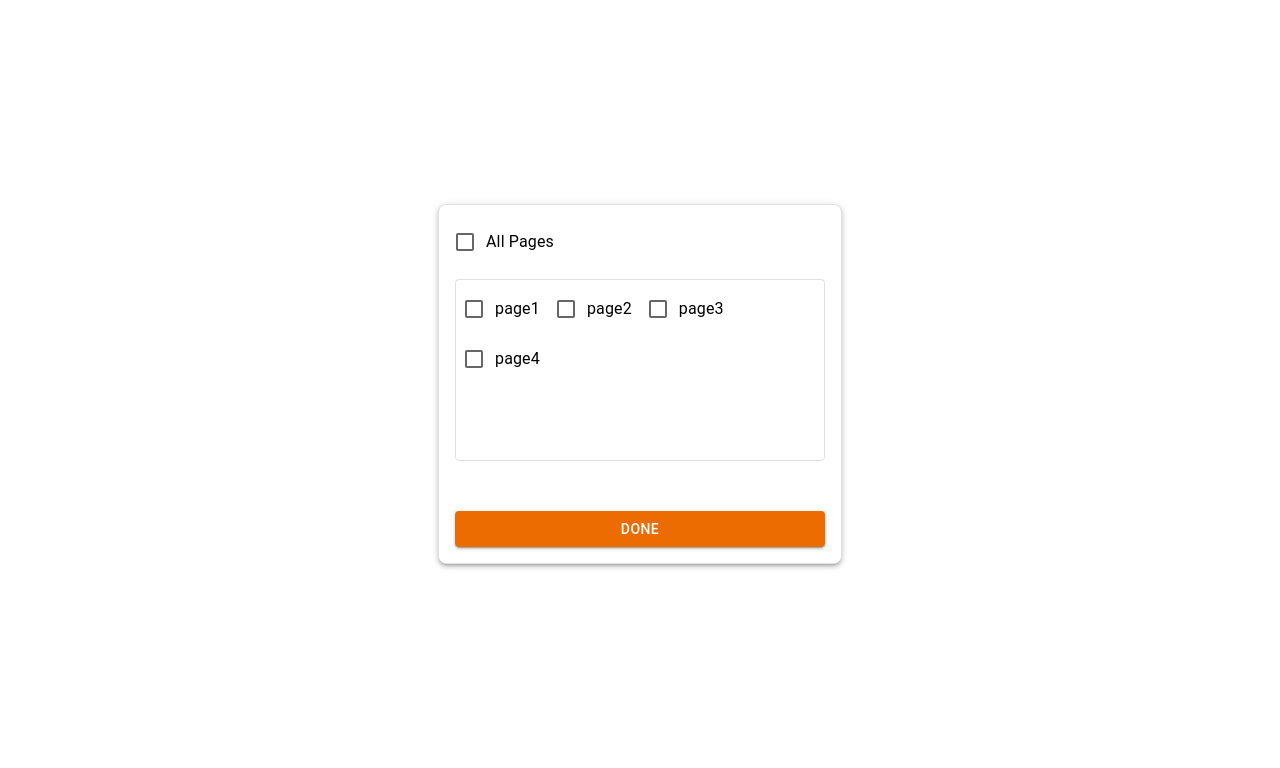
Repository: Tabishhaider72/Ellty-Test
Page: /
These files come from the project's save history. The page is drawn as it stood at one moment and after the next save; the edit follows.
The browser window is 1280 px wide. The pictures show the whole page.
The project was rebuilt for these pictures with package versions that can differ from the ones it lists, and the page was loaded fresh each time. Also part of the build but not shown: vite.config.js, src/index.css.

Above is the page before, as saved 2024-08-28 14:49:46.

### src/App.jsx
import React, { useState } from 'react';
import Box from '@mui/material/Box';
import Checkbox from '@mui/material/Checkbox';
import FormControlLabel from '@mui/material/FormControlLabel';
import Button from '@mui/material/Button';

function PageSelector() {
  const [allChecked, setAllChecked] = useState(false);
  const [pages, setPages] = useState({
    page1: false,
    page2: false,
    page3: false,
    page4: false,
  });

  const handleAllCheck = () => {
    const newCheckedStatus = !allChecked;
    setAllChecked(newCheckedStatus);
    setPages({
      page1: newCheckedStatus,
      page2: newCheckedStatus,
      page3: newCheckedStatus,
      page4: newCheckedStatus,
    });
  };

  const handlePageCheck = (page) => {
    const newPages = { ...pages, [page]: !pages[page] };
    setPages(newPages);
    setAllChecked(Object.values(newPages).every((val) => val === true));
  };

  return (
    <Box
      sx={{
        display: 'flex',
        justifyContent: 'center',
        alignItems: 'center',
        height: '100vh',
        padding: 2,
      }}
    >
      <Box
        sx={{
          width: 370,
          height: 326,
          backgroundColor: 'white',
          border: '1px solid',
          borderColor: 'grey.300',
          boxShadow: 3,
          borderRadius: 2,
          p: 2,
          display: 'flex',
          flexDirection: 'column',
        }}
      >
        <Box sx={{ mb: 2 }}>
          <FormControlLabel
            control={
              <Checkbox
                checked={allChecked}
                onChange={handleAllCheck}
                color="primary"
              />
            }
            label="All Pages"
          />
        </Box>
        <Box
          sx={{
            overflowY: 'auto',
            height: 164,
            mb: 2,
            border: '1px solid',
            borderColor: 'grey.300',
            borderRadius: 1,
            p: 1,
          }}
        >
          {Object.keys(pages).map((page) => (
            <FormControlLabel
              key={page}
              control={
                <Checkbox
                  checked={pages[page]}
                  onChange={() => handlePageCheck(page)}
                  color="primary"
                />
              }
              label={page}
              sx={{ mb: 1 }}
            />
          ))}
        </Box>
        <Box sx={{ mt: 'auto' }}>
          <Button
            variant="contained"
            color="warning"
            sx={{ borderRadius: 1, width: '100%' }}
          >
            Done
          </Button>
        </Box>
      </Box>
    </Box>
  );
}

export default PageSelector;

Loaded but not shown: index.html (common file); src/main.jsx (common file)

After the next save:
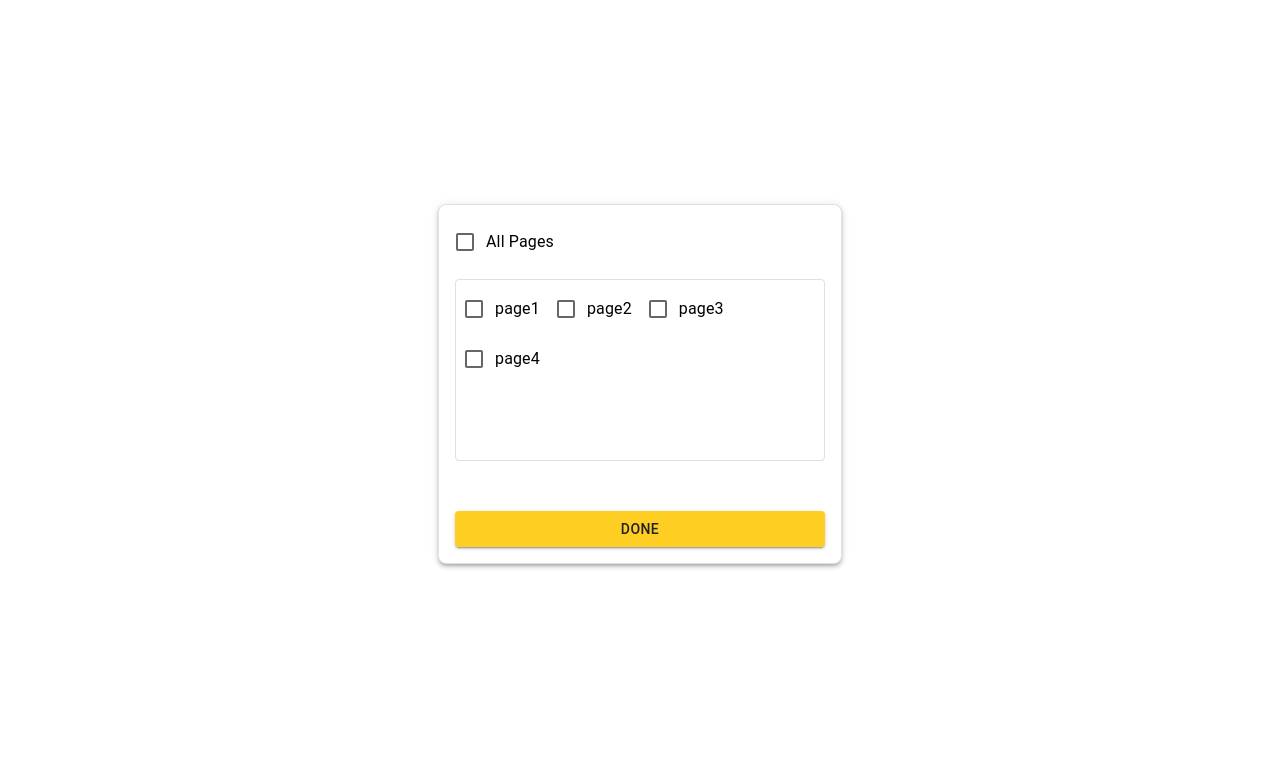
Saved 74 s later.
--- a/src/App.jsx
+++ b/src/App.jsx
@@ -95,8 +95,15 @@ function PageSelector() {
         <Box sx={{ mt: 'auto' }}>
           <Button
             variant="contained"
-            color="warning"
-            sx={{ borderRadius: 1, width: '100%' }}
+            sx={{
+              width: '100%',
+              borderRadius: 1,
+              backgroundColor: '#FFCE22', // Orange color
+              color: '#1F2128', // Black color
+              '&:hover': {
+                backgroundColor: '#FFD84D', // Lighter Orange color on hover
+              },
+            }}
           >
             Done
           </Button>
